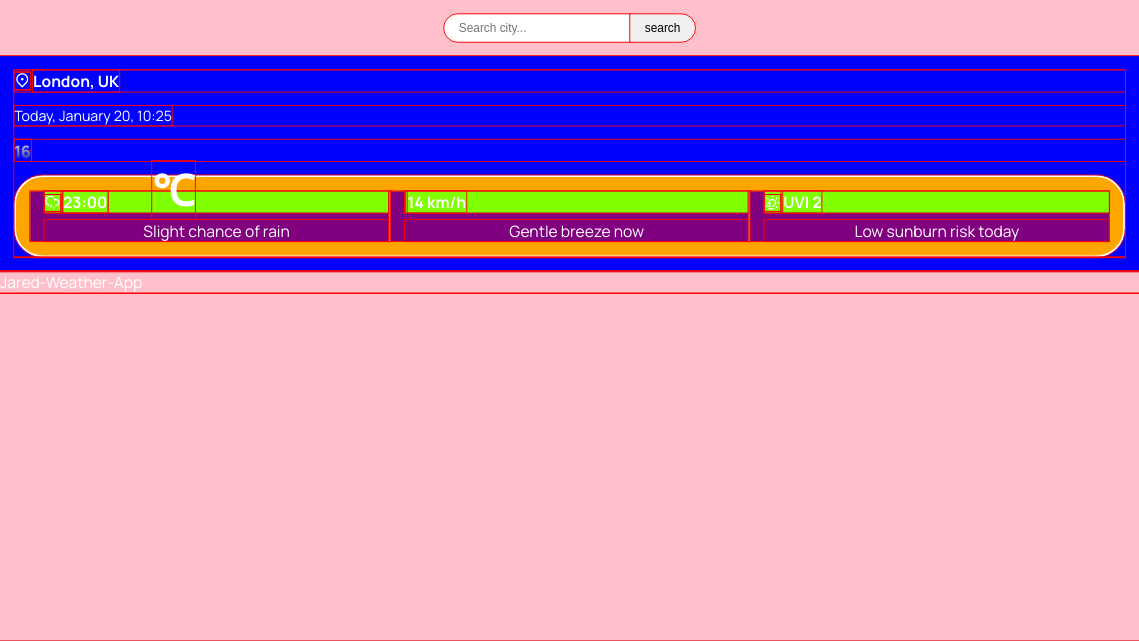
Repository: EguJaredoBoyd/Jared-Weather-App
Page: main.html
The author's editor kept a copy of each file at every save. The page is drawn from the files as they stood at one save, then again after the next save.
The browser window is 1280 px wide. The pictures show the whole page, at 89% of full size.
Some icons come from a web library that is not loaded, so they are not drawn. Some web libraries are served in a nearby version.

Above is the page before, as saved 2026-01-24 00:44:35.

### main.html
<!doctype html>
<html lang="en">
  <head>
    <meta charset="UTF-8" />
    <meta name="viewport" content="width=device-width, initial-scale=1.0" />
    <link rel="preconnect" href="https://fonts.googleapis.com" />
    <link rel="preconnect" href="https://fonts.gstatic.com" crossorigin />
    <link
      href="https://fonts.googleapis.com/css2?family=Manrope:wght@200..800&display=swap"
      rel="stylesheet"
    />
    <link
      href="https://cdn.jsdelivr.net/npm/remixicon@4.8.0/fonts/remixicon.css"
      rel="stylesheet"
    />
    <link rel="stylesheet" href="./css/styles.css" />
    <title>Jared-Weather-App</title>
  </head>
  <body class="weather-app">
    <div class="weather-app__container">
      <header>
        <div class="search-place">
          <input
            type="text"
            placeholder="Search city..."
            aria-label="Search city"
          />
          <button>search</button>
        </div>
      </header>
      <main>
        <section class="current-weather">
          <div class="place-searched">
            <i class="ri-map-pin-2-line"></i>
            <h3 class="city-name">London, UK</h3>
          </div>
          <div class="date-today">
            <time datetime="2026-01-20T10:25">Today, January 20, 10:25</time>
          </div>
          <div class="place-temperature">
            <span class="place-temperature__measure"><h3>16</h3></span>
            <span class="place-temperature__degree"><h3>℃</h3></span>
          </div>
          <div class="place-forecast">
            <article class="forecast-item forecast-item--weather">
              <div>
                <span><i class="ri-drizzle-line"></i></span>
                <time datetime="23:00"> <h4>23:00</h4></time>
              </div>
              <p>Slight chance of rain</p>
            </article>
            <hr />

            <article class="forecast-item forecast-item--wind">
              <div>
                <span><i class="ri-arrow-right-up-long-line"></i></span>
                <h4>14 km/h</h4>
              </div>
              <p>Gentle breeze now</p>
            </article>
            <hr />

            <article class="forecast-item forecast-item--uv">
              <div>
                <span><i class="ri-sun-foggy-line"></i></span>
                <h4>UVI 2</h4>
              </div>
              <p>Low sunburn risk today</p>
            </article>
          </div>
        </section>
        <section class="swipe-section">
          <!-- Hourly and daily forecast will slide in here! -->
        </section>
      </main>
      <footer>
        <div><p>Jared-Weather-App</p></div>
      </footer>
    </div>
  </body>
</html>

### css/styles.css
/* ==== CSS RESET ==== */
*,
*::before,
*::after {
  margin: 0;
  padding: 0;
  box-sizing: border-box;
  outline: 1px solid red;
}

:root {
  --background-color: #03045e;
  --text-color: white;
}

html {
  font-size: 16px;
}

body {
  font-family: "Manrope", sans-serif;
  background-color: var(--background-color);
  color: var(--text-color);
}

h1,
h2,
h3,
h4,
h5,
h6 {
  font-size: clamp(0.5rem, 3vw, 1.1rem);
}

p {
  font-size: clamp(0.5rem, 2.5vw, 1.1rem);
}

.weather-app__container {
  display: flex;
  flex-direction: column;
  background-color: pink;
  height: 100vh;
}

.search-place {
  display: flex;
  justify-content: center;
  padding: 1rem;
}

.search-place input {
  padding: 0.5rem 1rem;
  border: none;
  border-bottom-left-radius: 1rem;
  border-top-left-radius: 1rem;
}

.search-place button {
  border: none;
  border-top-right-radius: 1rem;
  border-bottom-right-radius: 1rem;
  padding: 0.5rem 1rem;
}

main {
  background-color: blue;
  display: flex;
  flex-direction: column;
  padding: 1rem;
}

.current-weather {
  display: flex;
  flex-direction: column;
  row-gap: 1rem;
}

.place-searched {
  display: flex;
  align-items: center;
  column-gap: 0.2rem;
  font-size: large;
}

.place-temperature {
  display: flex;
  align-items: center;
  position: relative;
}

.place-temperature__measure h3 {
  font-size: 50;
  background: linear-gradient(to bottom, white, var(--background-color));
  -webkit-background-clip: text;
  background-clip: text;
  -webkit-text-fill-color: transparent;
  text-shadow: 0 2px 3px rgba(243, 235, 235, 0.3);
}

.place-temperature__degree h3 {
  font-size: 3rem;
  position: absolute;
  top: 1.5rem;
  left: 9.7rem;
}

.place-forecast {
  display: flex;
  justify-content: center;
  border: 2px solid white;
  border-radius: 2rem;
  padding: 1rem;
  background-color: orange;
}

.forecast-item {
  padding-left: 1rem;
  background-color: purple;
  width: 100%;
  max-width: 100%;
}

.forecast-item div {
  display: flex;
  column-gap: 0.2rem;
  margin-bottom: 0.5rem;
  font-size: clamp(0.5rem, 3vw, 1.1rem);
  background-color: chartreuse;
}

.forecast-item p {
  font-size: clamp(0.5rem, 2.5vw, 1.1rem);
  text-align: center;
}

After the next save:
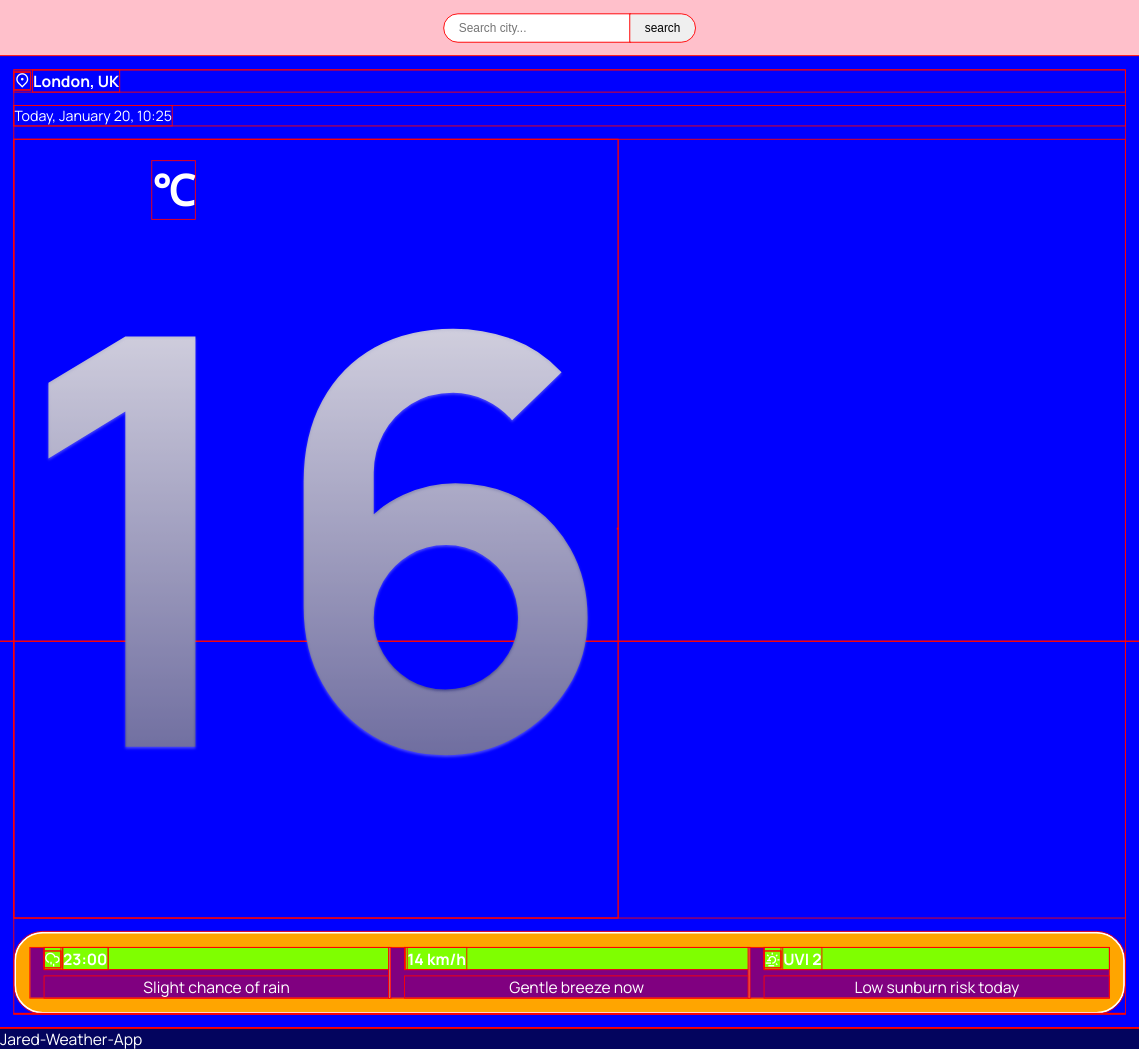
Saved 6 s later.
--- a/css/styles.css
+++ b/css/styles.css
@@ -90,7 +90,7 @@ main {
 }
 
 .place-temperature__measure h3 {
-  font-size: 50;
+  font-size: 50vw;
   background: linear-gradient(to bottom, white, var(--background-color));
   -webkit-background-clip: text;
   background-clip: text;
